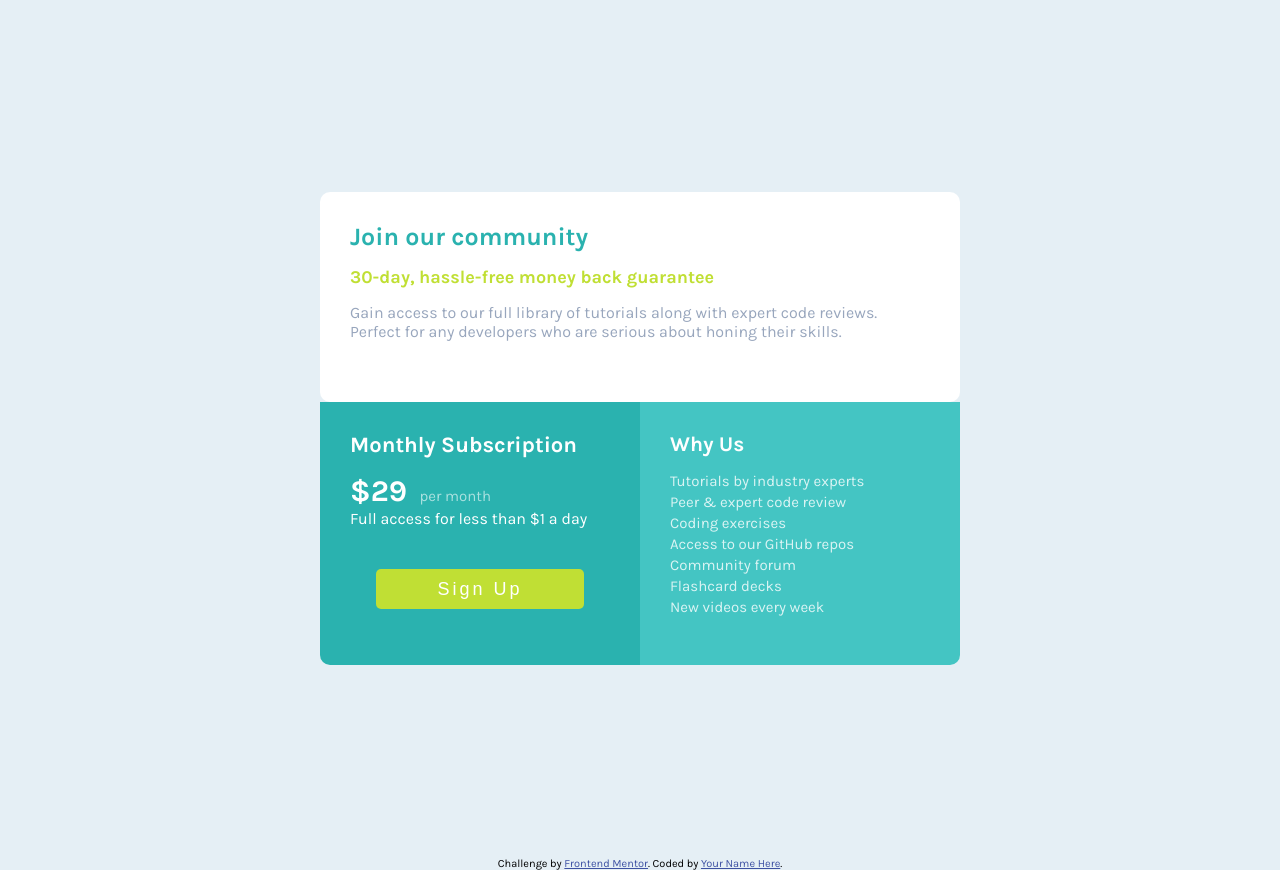
Repository: Pedrohamoura-Git/Frontend-Mentor-Challenges
Page: Newbie/single-price-grid-component-master/index.html
An editor plug-in stored every save of this project. The page is shown before and after the next save, followed by the edit.
The browser window is 1280 px wide. The pictures show the whole page.

Above is the page before, as saved 2021-05-31 16:01:04.

After the next save:
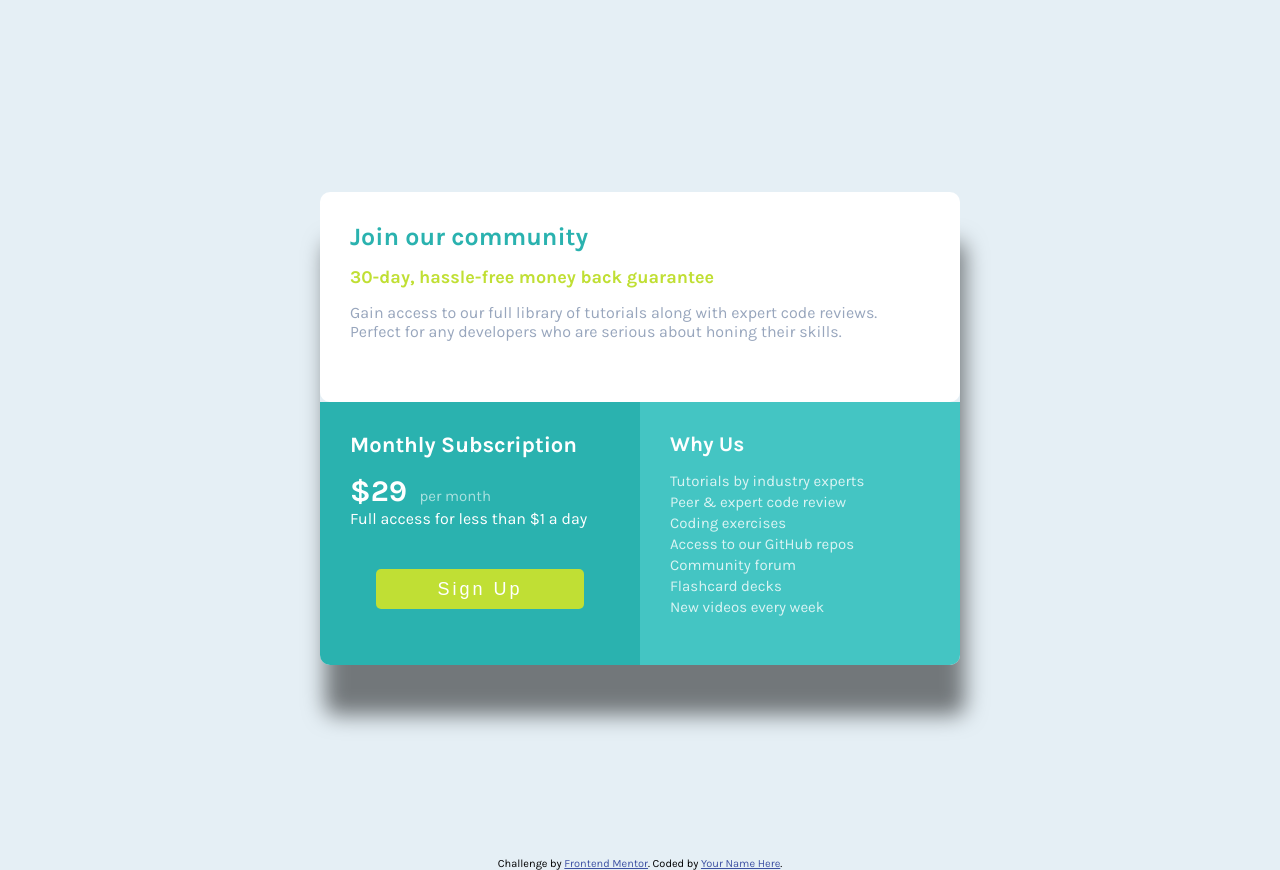
Saved 1 s later.
--- a/Newbie/single-price-grid-component-master/css/style.css
+++ b/Newbie/single-price-grid-component-master/css/style.css
@@ -24,7 +24,7 @@
 */
     #wrapper {
         border-radius: 1rem;
-        box-shadow: 5px px 21px rgba(0, 0, 0, .5);
+        box-shadow: 5px 50px 21px rgba(0, 0, 0, .5);
         display: grid;
         grid-template-rows: repeat(auto-fit, minmax(200px, 1fr));
         margin: 15% auto;
